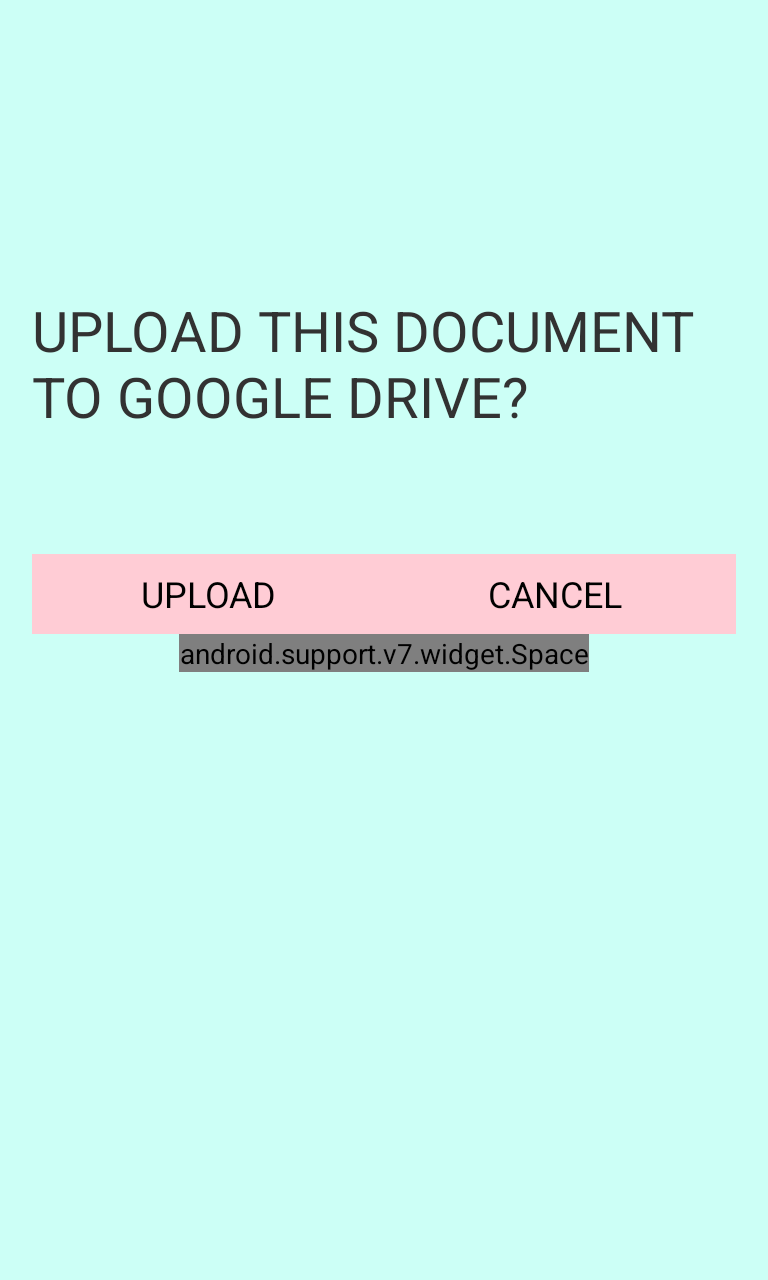
Repository: nick11roberts/Moka-Scanr
Layout: Document Uploader/res/layout/activity_preview.xml
The author's editor kept a copy of each file at every save. The layout is drawn from the files as they stood at one save, then again after the next save.
Pictures or frames that could not be fetched are drawn as grey boxes. It is drawn on a 768 x 1280 px phone screen (xhdpi) without system bars, with theme android:Theme.Holo.Light.NoActionBar; the app's code is not run. The app's manifest (not shown) leaves right-to-left support off. So textAlignment, textDirection and layoutDirection are ignored, and left and right values win over start and end ones.

Above is the layout before, as saved 2014-05-31 00:42:45.

After the next save:
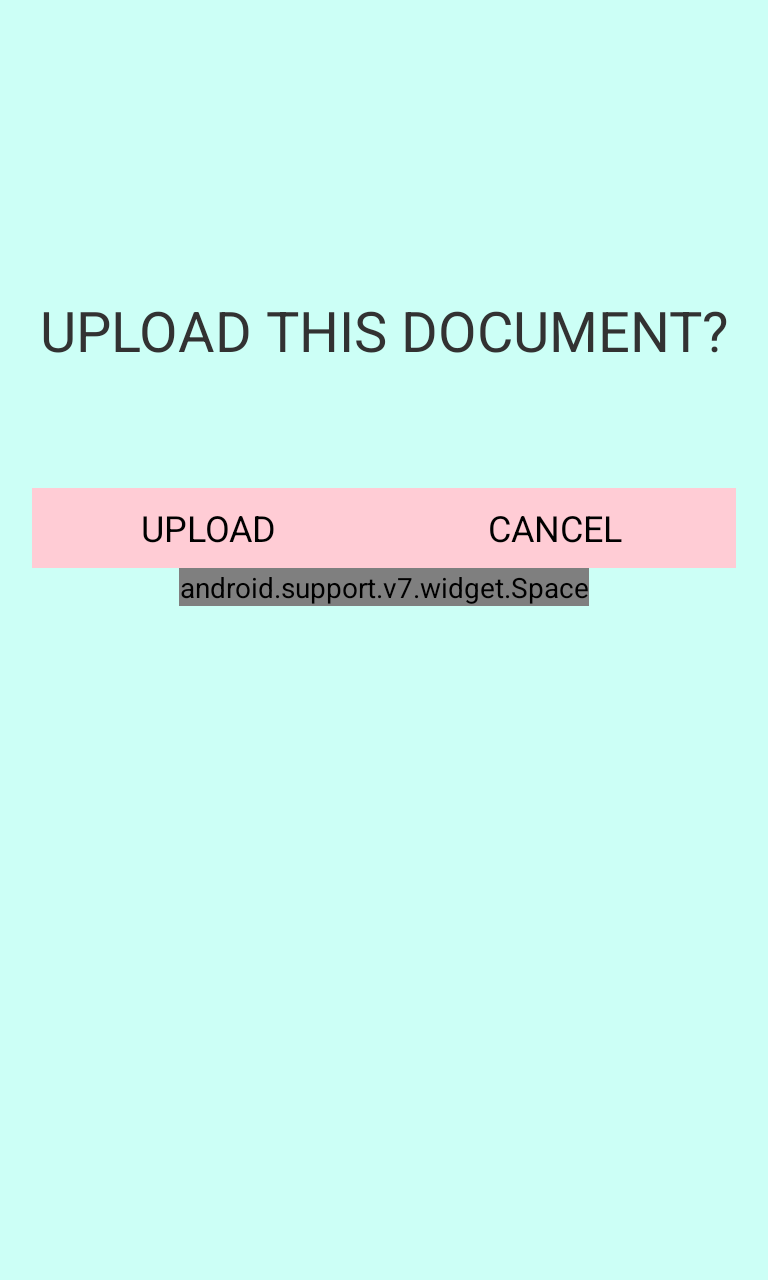
Saved 18 s later.
--- a/Document Uploader/res/values/strings.xml
+++ b/Document Uploader/res/values/strings.xml
@@ -16,7 +16,7 @@
     <string name="options_button_go">CONTINUE</string>
 
     <!-- PREVIEW ACTIVITY -->
-    <string name="preview_heading">Upload this document to Google Drive?</string>
+    <string name="preview_heading">Upload this document?</string>
     <string name="preview_button_upload">UPLOAD</string>
     <string name="preview_button_cancel">CANCEL</string>
 
